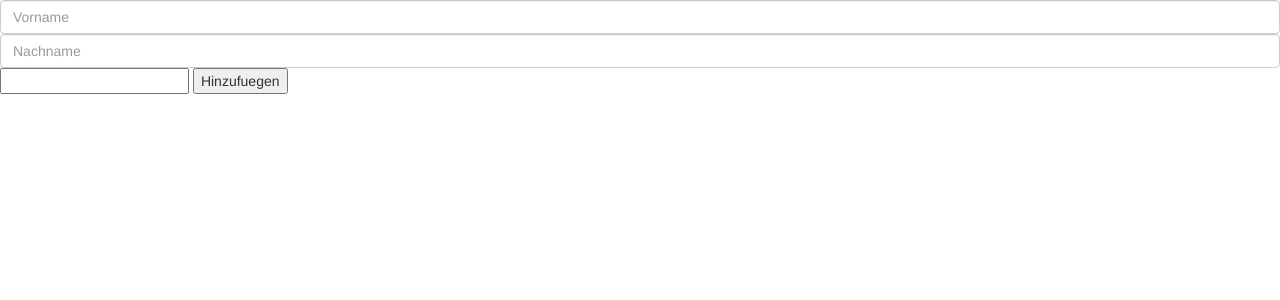
Repository: asdffdsa123/SA-Project
Page: SA-Webapp/WAR/index.html
These files come from the project's save history. The page is drawn as it stood at one moment and after the next save; the edit follows.
The browser window is 1280 px wide. The pictures show the whole page.
Some web libraries are served in a nearby version.

Above is the page before, as saved 2013-11-24 13:51:08.

After the next save:
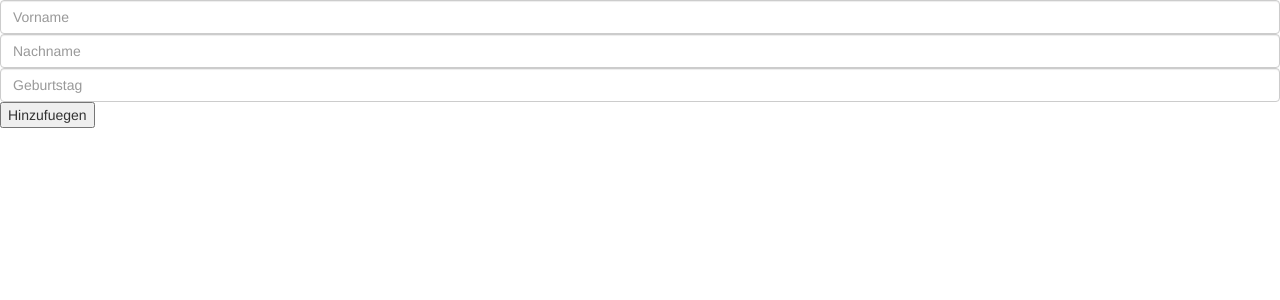
Saved 21 s later.
--- a/SA-Webapp/WAR/index.html
+++ b/SA-Webapp/WAR/index.html
@@ -7,7 +7,7 @@
 		<form>
 			<input type = "text" class = "form-control" placeholder = "Vorname"/>
 			<input type = "text" class = "form-control" placeholder = "Nachname"/>
-			<input type = "text"/>
+			<input type = "text" class = "form-control" placeholder = "Geburtstag"/>
 			<input type = "submit" value = "Hinzufuegen"/>
 		</form>
 	</body>
